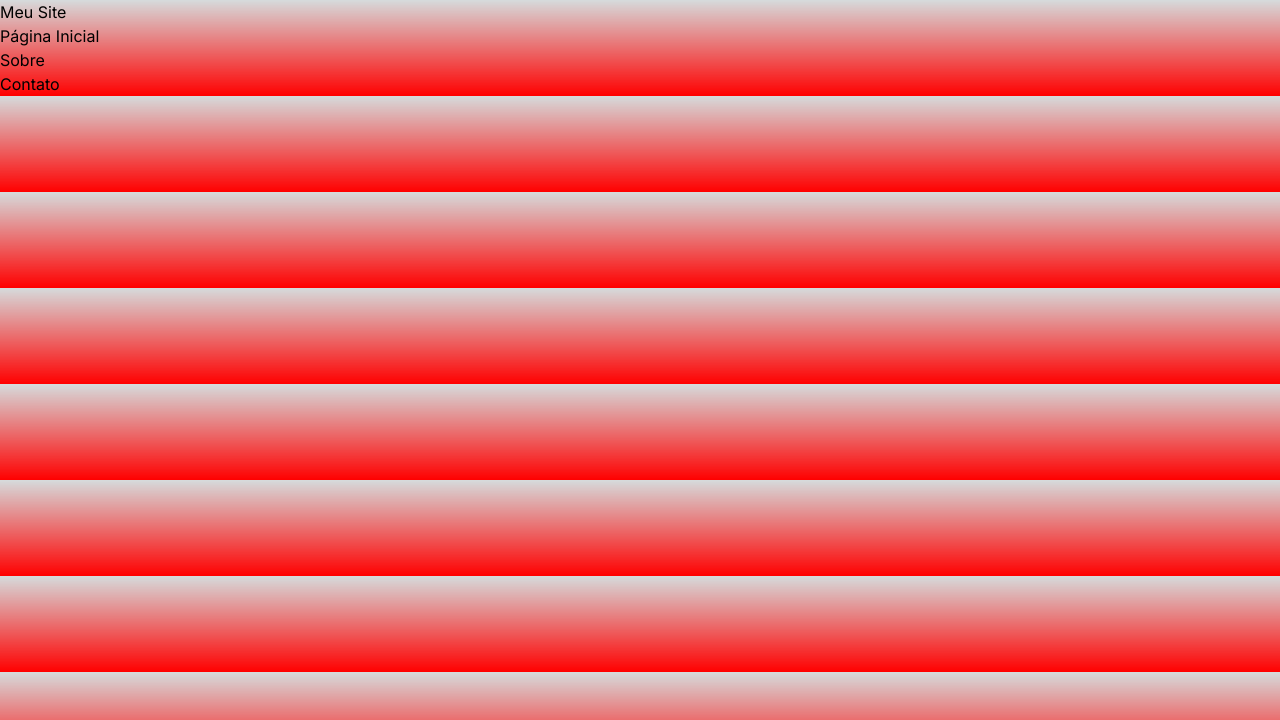
Repository: Deyvid-Kasteh/kasteh_portfolio
Page: /
The author's editor kept a copy of each file at every save. The page is drawn from the files as they stood at one save, then again after the next save.
The browser window is 1280 px wide. The pictures show the whole page.
The project was rebuilt for these pictures with package versions that can differ from the ones it lists, and the page was loaded fresh each time. The framework's server and built-in components were replaced by stand-ins that run in the browser. Also part of the build but not shown: next.config.mjs.

Above is the page before, as saved 2024-03-24 00:53:24.

After the next save:
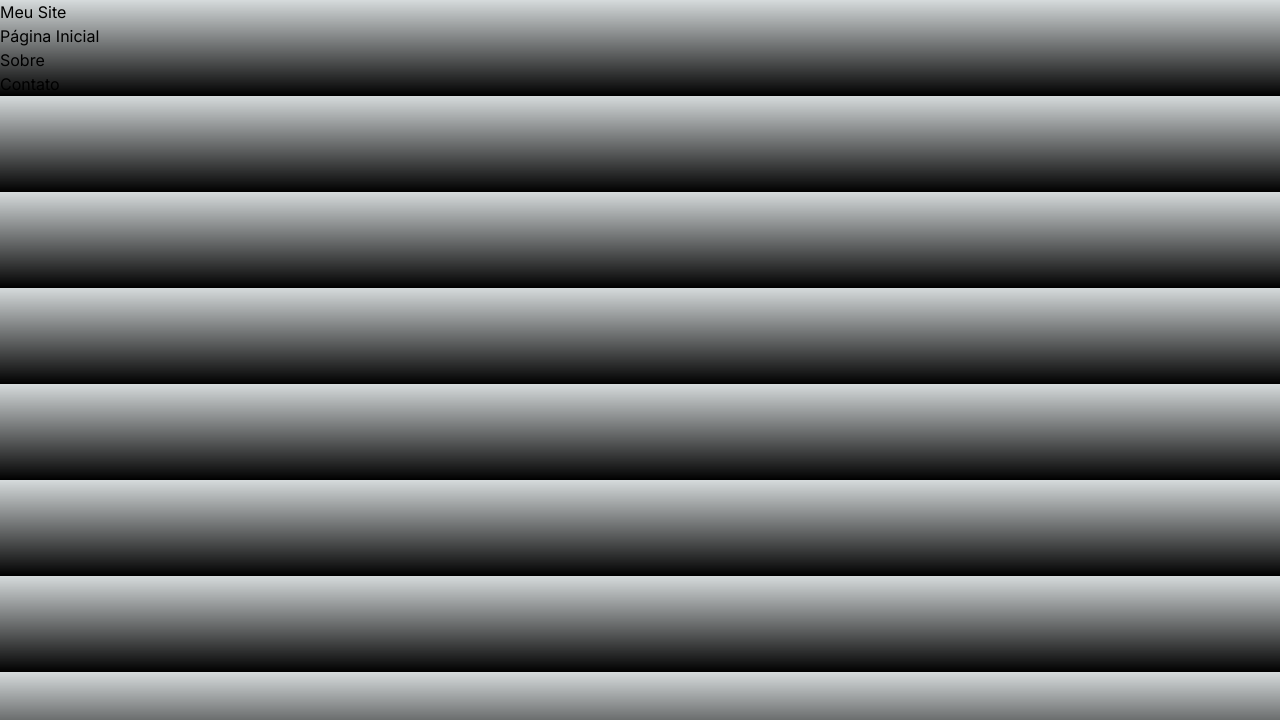
Saved 16 s later.
--- a/src/app/globals.css
+++ b/src/app/globals.css
@@ -5,7 +5,7 @@
 :root {
   --foreground-rgb: 0, 0, 0;
   --background-start-rgb: 214, 219, 220;
-  --background-end-rgb: 255, 0, 0;
+  --background-end-rgb: 0, 0, 0;
 }
 
 @media (prefers-color-scheme: dark) {
